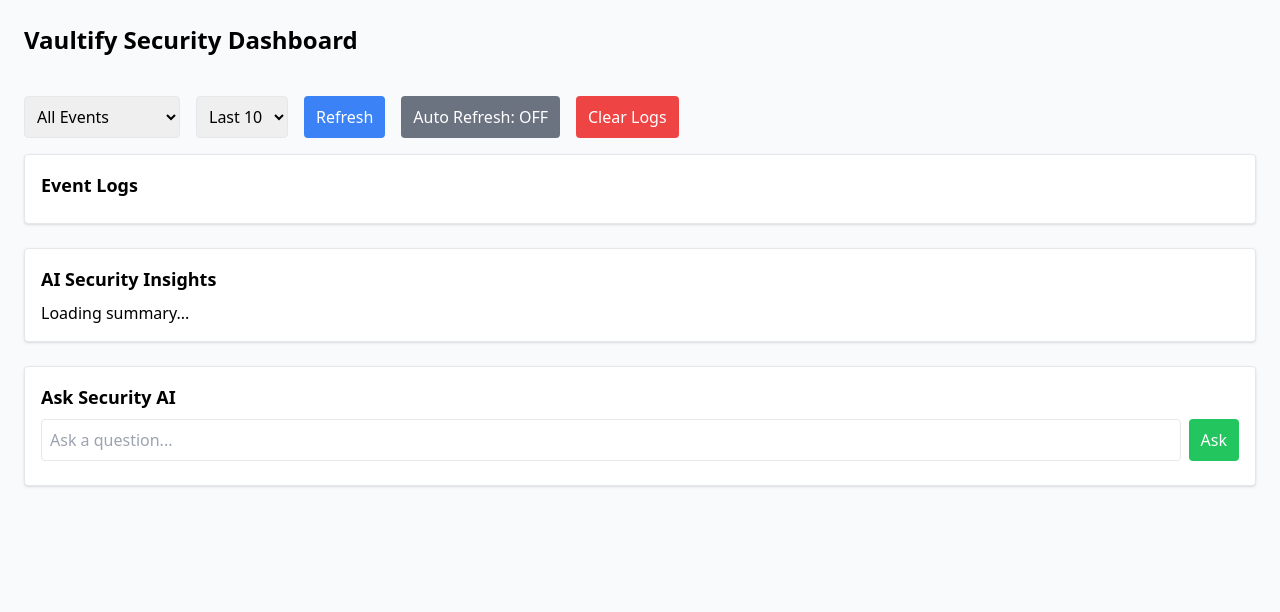
Repository: SH-Nihil-Mukkesh-25/Vaultify
Page: public/index.html
These files come from the project's save history. The page is drawn as it stood at one moment and after the next save; the edit follows.
The browser window is 1280 px wide. The pictures show the whole page.
The page's requests for data from a server got no answer. Some web libraries are served in a nearby version.

Above is the page before, as saved 2025-10-03 12:13:02.

After the next save:
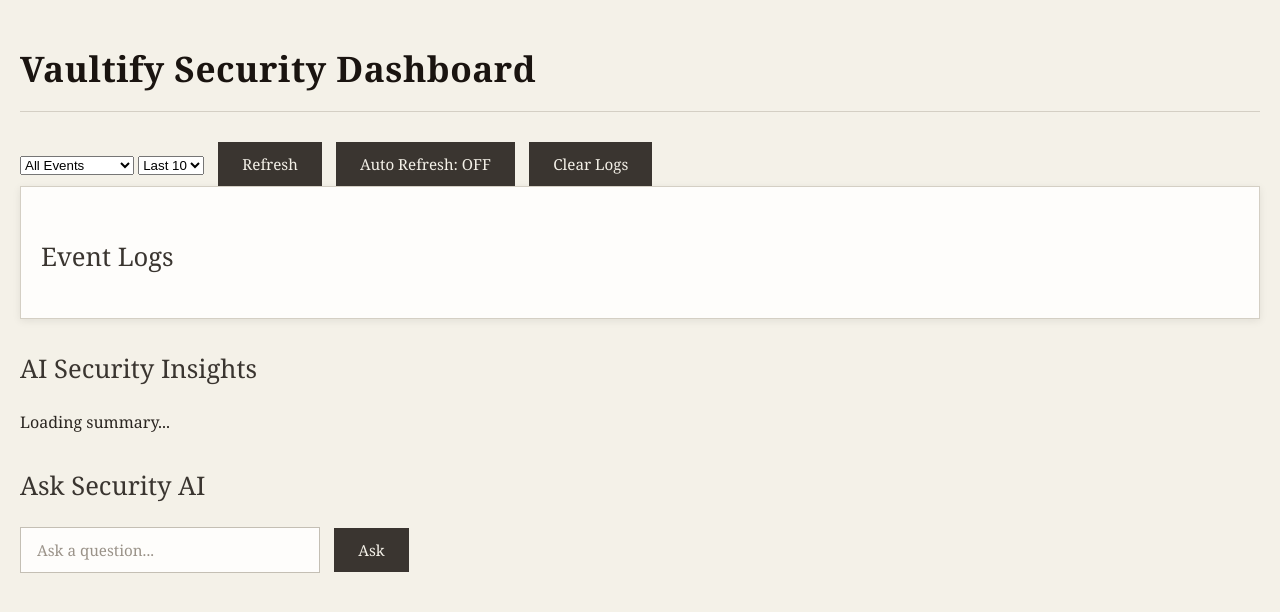
Saved 80 s later.
--- a/public/index.html
+++ b/public/index.html
@@ -3,7 +3,7 @@
 <head>
   <meta charset="UTF-8" />
   <title>Vaultify Security Dashboard</title>
-  <script src="https://cdn.tailwindcss.com"></script>
+  <link rel="stylesheet" href="vaultify-styles.css" />
 </head>
 <body class="bg-gray-50 min-h-screen p-6">
   <h1 class="text-2xl font-bold mb-4">Vaultify Security Dashboard</h1>
